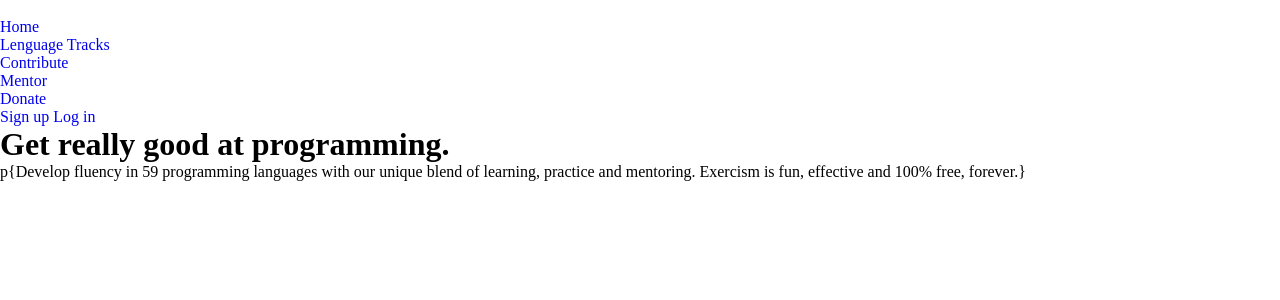
Repository: mvbri/exercism-style-website
Page: index.html
The author's editor kept a copy of each file at every save. The page is drawn from the files as they stood at one save, then again after the next save.
The browser window is 1280 px wide. The pictures show the whole page.

Above is the page before, as saved 2022-07-20 18:13:06.

After the next save:
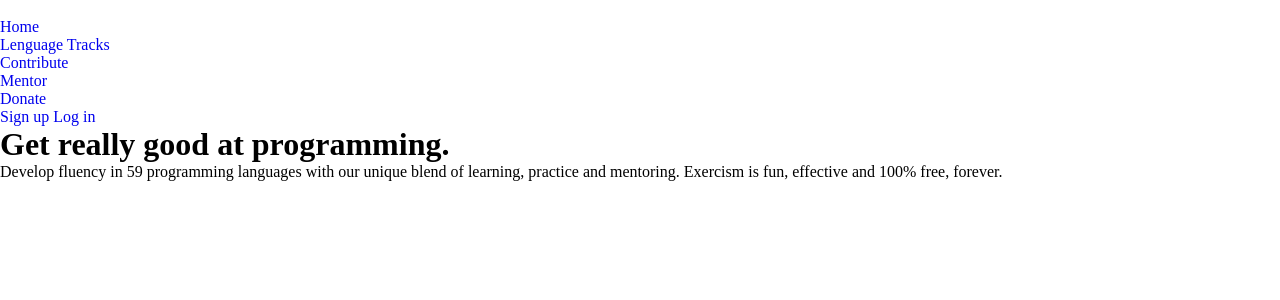
Saved 19 s later.
--- a/index.html
+++ b/index.html
@@ -41,9 +41,11 @@
         <header>
           <div class="flex">
             <h1>Get really good at programming.</h1>
-            p{Develop fluency in 59 programming languages with our unique blend
-            of learning, practice and mentoring. Exercism is fun, effective and
-            100% free, forever.}
+            <p>
+              Develop fluency in 59 programming languages with our unique blend
+              of learning, practice and mentoring. Exercism is fun, effective
+              and 100% free, forever.
+            </p>
           </div>
         </header>
       </main>
